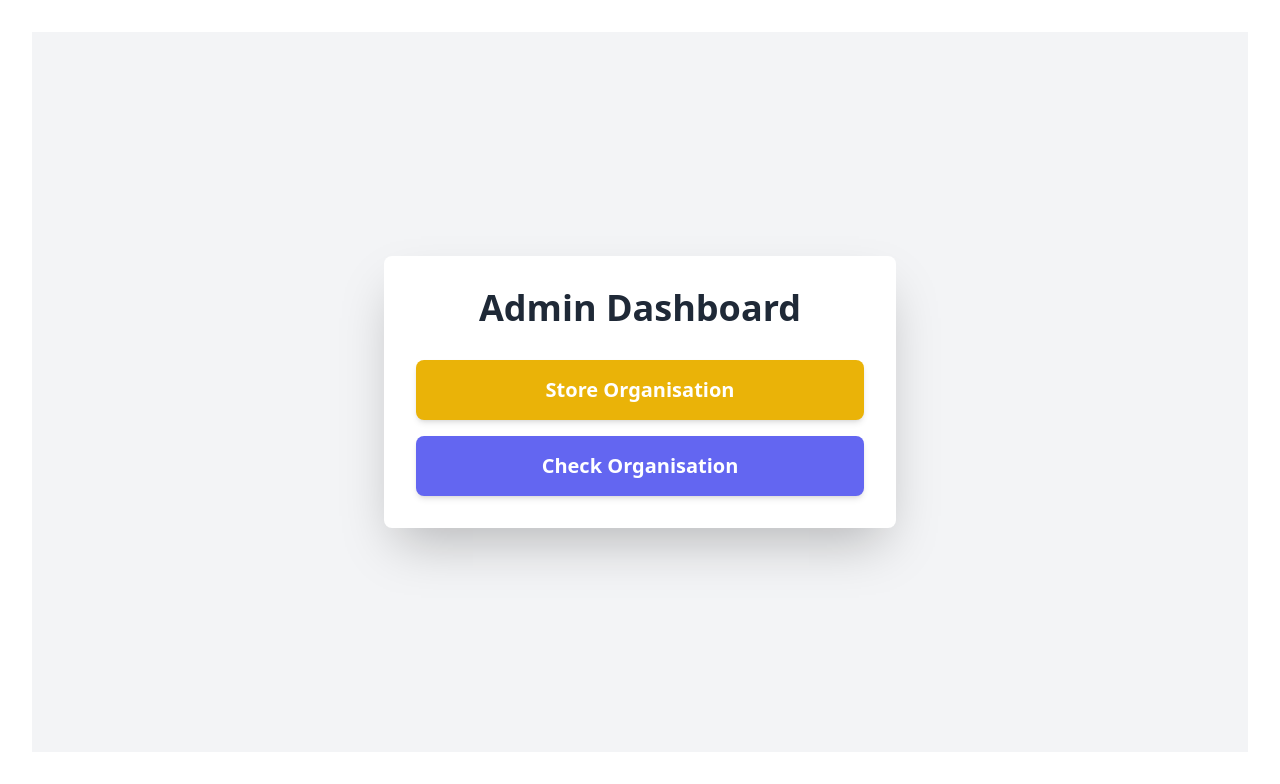
Repository: virtualvasu/TrueCert
Page: / (app in admin/)
An editor plug-in stored every save of this project. The page is shown before and after the next save, followed by the edit.
The browser window is 1280 px wide. The pictures show the whole page.
The project was rebuilt for these pictures with package versions that can differ from the ones it lists, and the page was loaded fresh each time. Also part of the build but not shown: admin/vite.config.js, admin/src/components/contractDetails.jsx, admin/src/components/StoreOrganisation.jsx, admin/src/components/CheckOrganisation.jsx.

Above is the page before, as saved 2025-01-09 16:26:32.

After the next save:
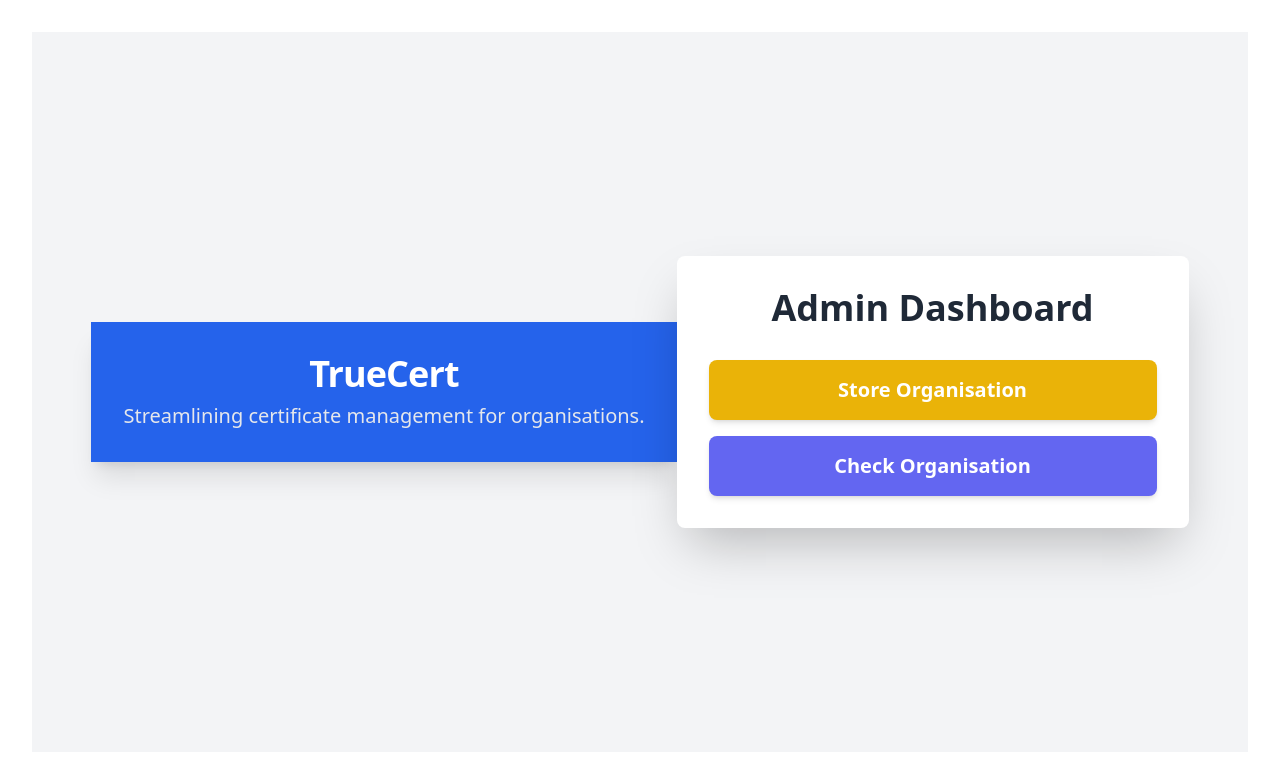
Saved 16 min 30 s later.
--- a/admin/src/App.jsx
+++ b/admin/src/App.jsx
@@ -28,6 +28,16 @@ function App() {
 
   return (
     <div className="min-h-screen bg-gray-100 flex items-center justify-center p-4">
+      <header className="bg-blue-600 text-white p-8 shadow-xl">
+        <div className="max-w-6xl mx-auto text-center">
+          <h1 className="text-4xl font-extrabold tracking-tight">
+            TrueCert
+          </h1>
+          <p className="text-xl mt-2 text-gray-200">
+            Streamlining certificate management for organisations.
+          </p>
+        </div>
+      </header>
       <div className="w-full max-w-lg bg-white rounded-lg shadow-2xl p-8">
         <h1 className="text-4xl font-semibold text-center text-gray-800 mb-8">
           Admin Dashboard
